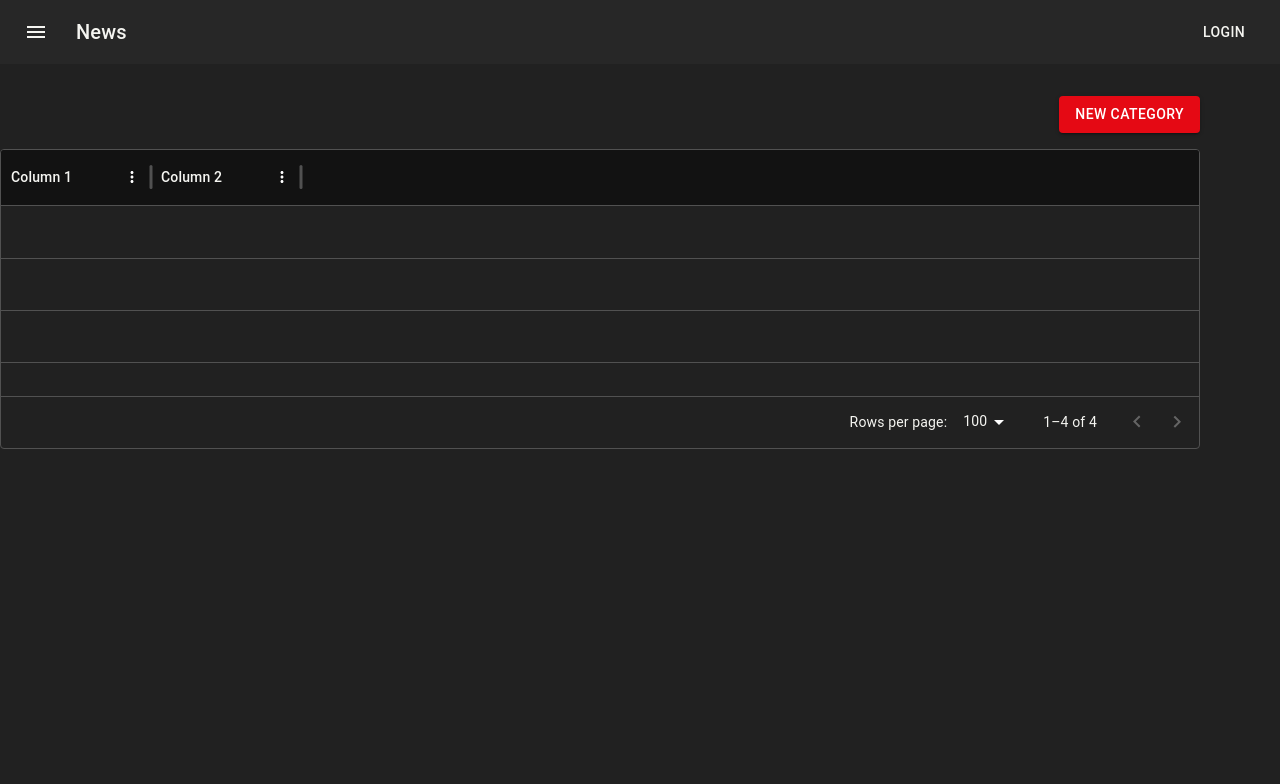
Repository: brunogyn88/codeflix-frontend
Page: /
These files come from the project's save history. The page is drawn as it stood at one moment and after the next save; the edit follows.
The browser window is 1280 px wide. The pictures show the whole page.
The project was rebuilt for these pictures with package versions that can differ from the ones it lists, and the page was loaded fresh each time. The framework's server and built-in components were replaced by stand-ins that run in the browser. Also part of the build but not shown: next.config.mjs.

Above is the page before, as saved 2023-08-30 22:18:29.

After the next save:
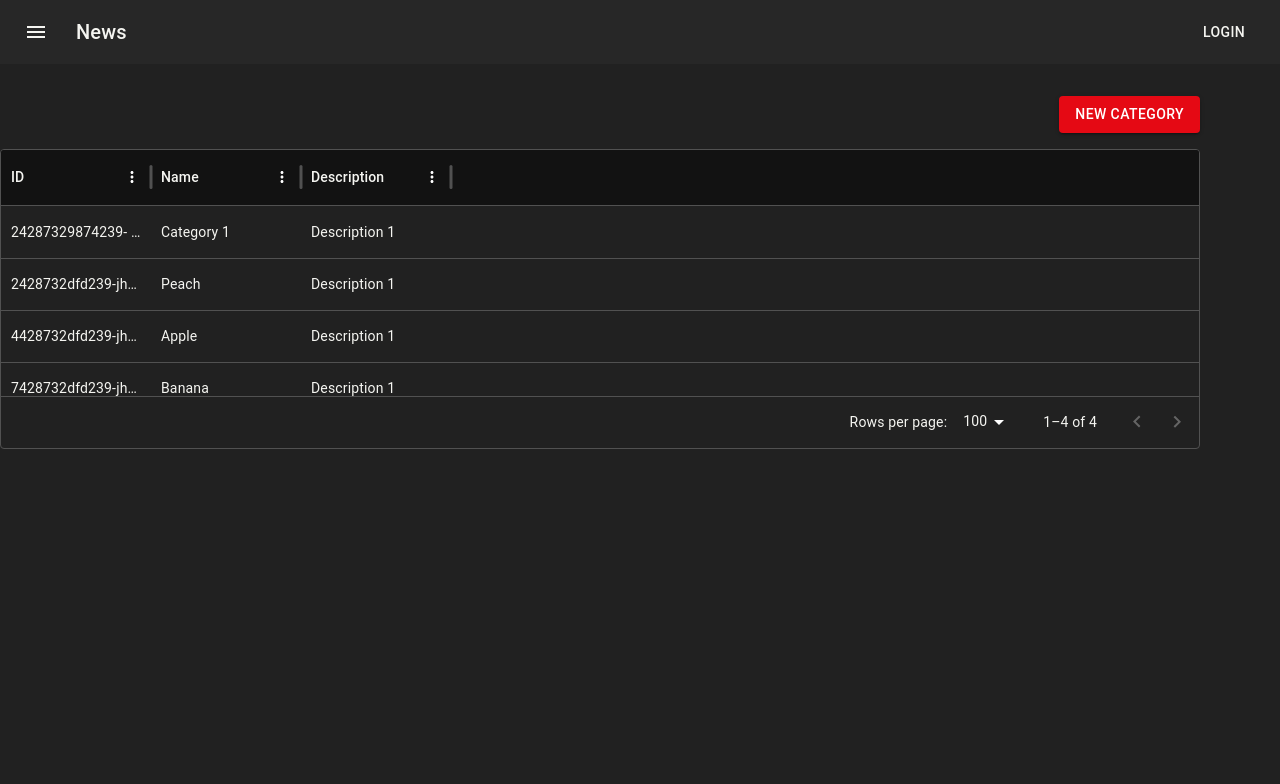
Saved 79 s later.
--- a/app/categories/page.tsx
+++ b/app/categories/page.tsx
@@ -14,8 +14,9 @@ export default function CategoryList() {
   }));
 
   const columns: GridColDef[] = [
-    { field: "col1", headerName: "Column 1", width: 150 },
-    { field: "col2", headerName: "Column 2", width: 150 },
+    { field: "id", headerName: "ID", width: 150 },
+    { field: "name", headerName: "Name", width: 150 },
+    { field: "description", headerName: "Description", width: 150 },
   ];
 
   return (
